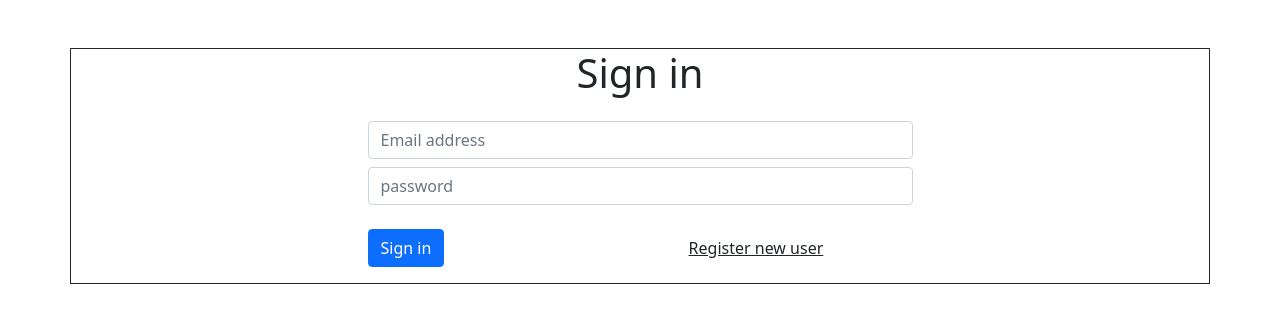
Repository: paresh-art/MyWebsite
Page: http://localhost/com.website/signIn.jsp
The author's editor kept a copy of each file at every save. The page is drawn from the files as they stood at one save, then again after the next save.
The browser window is 1280 px wide. The pictures show the whole page.
The page is served by Tomcat 9.

Above is the page before, as saved 2022-11-08 08:57:11.

After the next save:
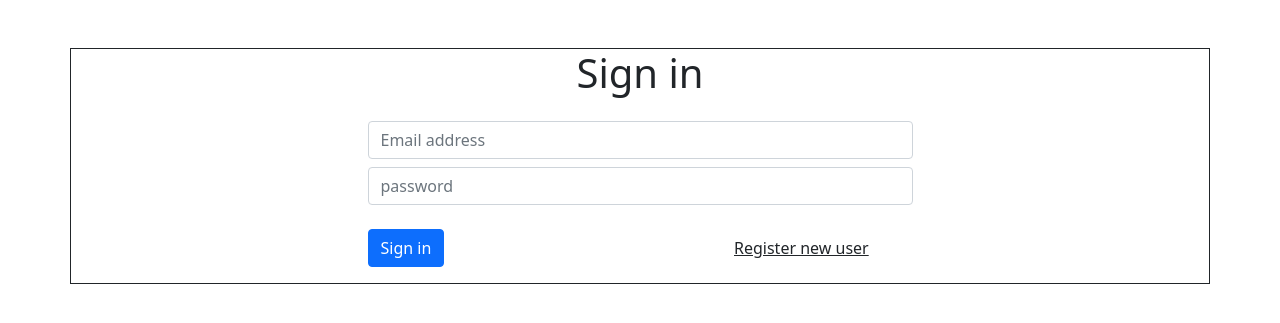
Saved 10 s later.
--- a/com.website/src/main/webapp/signIn.jsp
+++ b/com.website/src/main/webapp/signIn.jsp
@@ -37,7 +37,7 @@
 			<div class="row mb-3">
 				<div class="col-lg-6 col-md-8 col-sm-12 mx-auto text-light">
 					<button class="btn btn-primary " type="submit">Sign in</button>
-					<a href="signup.jsp" class="btn btn-link offset-5 text-dark">Register new user</a>
+					<a href="signup.jsp" class="btn btn-link offset-6 text-dark">Register new user</a>
 				</div>
 
 			</div>
